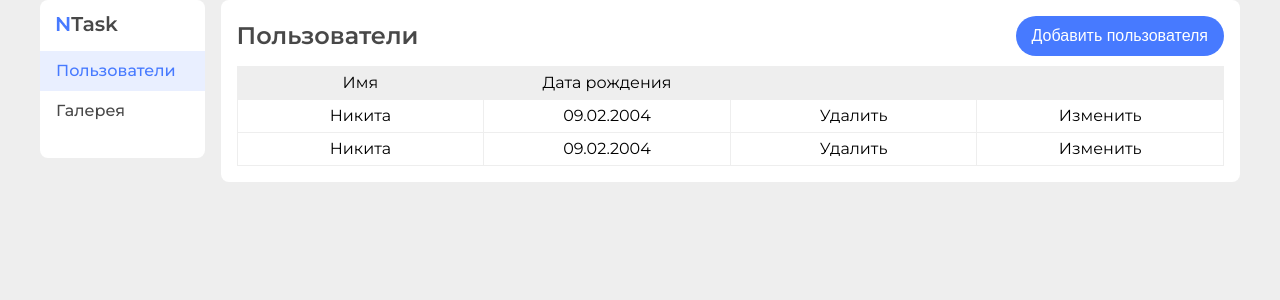
Repository: Grid-Master/NTask
Page: /
An editor plug-in stored every save of this project. The page is shown before and after the next save, followed by the edit.
The browser window is 1280 px wide. The pictures show the whole page.
The project was rebuilt for these pictures with package versions that can differ from the ones it lists, and the page was loaded fresh each time.

Above is the page before, as saved 2023-06-05 09:21:54.

After the next save:
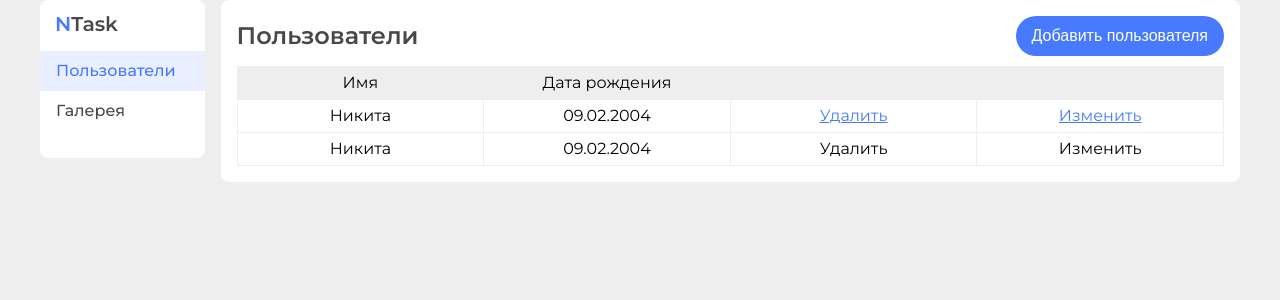
Saved 8 min 0 s later.
--- a/src/components/userList/userList.sass
+++ b/src/components/userList/userList.sass
@@ -39,3 +39,6 @@
             padding: 8px 0
         &-info
             background-color: #EEEEEE
+        &-btn
+            text-decoration-line: underline
+            color: #477AFF
